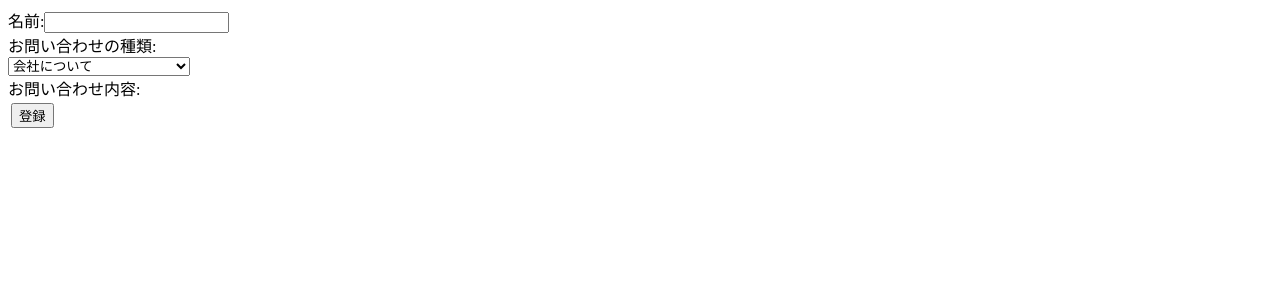
Repository: unosaan/test
Page: http://localhost/Webproj2/InquiryAction.action
These files come from the project's save history. The page is drawn as it stood at one moment and after the next save; the edit follows.
The browser window is 1280 px wide. The pictures show the whole page.
The page is served by Tomcat 9. Other server files are loaded and not shown.

Above is the page before, as saved 2018-04-22 14:02:14.

### TestDB/Webproj2/WebContent/inquiry.jsp
<%@ page language="java" contentType="text/html; charset=UTF-8"
    pageEncoding="UTF-8"%>
<%@ taglib prefix="s" uri="/struts-tags" %>
<!DOCTYPE html>
<html>
<head>
<meta charset="UTF-8">
<title>お問い合わせフォーム</title>
</head>
<body>
<s:form method="post" action="InquiryCompleteAction">
名前:<input type="text" name="name"/><br>
お問い合わせの種類:<br>
<select name="qtype">
<option value="company">会社について</option>
<option value="product">"製品について"</option>

<option value="support">アフターサポートについて</option>
</select>
<br>
お問い合わせ内容:
<s; textarea name="body"/>
<br><s:submit value="登録"/>
</s:form>
</body>
</html>

After the next save:
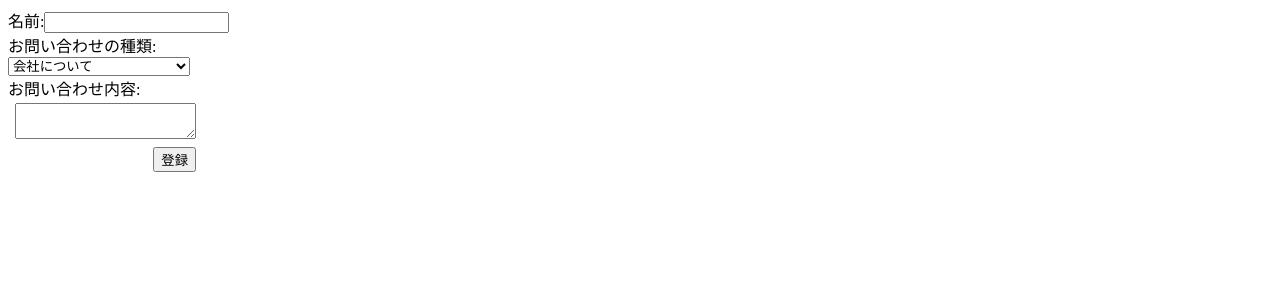
Saved 2 min 0 s later.
--- a/TestDB/Webproj2/WebContent/inquiry.jsp
+++ b/TestDB/Webproj2/WebContent/inquiry.jsp
@@ -19,8 +19,8 @@
 </select>
 <br>
 お問い合わせ内容:
-<s; textarea name="body"/>
-<br><s:submit value="登録"/>
+<s:textarea name="body"/>
+<br> <s:submit value="登録"/>
 </s:form>
 </body>
 </html>
